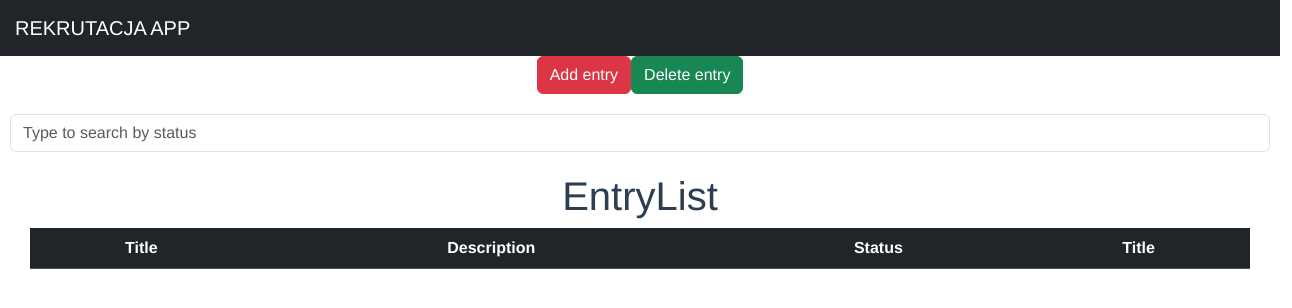
Repository: Madaless/vue_elastic
Page: / (app in vuejsapp/crudapp/)
The author's editor kept a copy of each file at every save. The page is drawn from the files as they stood at one save, then again after the next save.
The browser window is 1280 px wide. The page is 1280 px wide, then 1292 px, so the pictures cover 1292 px, including what lies to the right of the window. The pictures show the whole page.
The page's requests for data from a server got no answer. The project was rebuilt for these pictures with package versions that can differ from the ones it lists, and the page was loaded fresh each time. No one was signed in, and anything a server would have sent is missing.

Above is the page before, as saved 2021-09-12 13:39:52.

### vuejsapp/crudapp/src/main.js
import Vue from 'vue'
import App from './App.vue'
import store from  './store/index'
import { BootstrapVue, IconsPlugin } from 'bootstrap-vue'

// Import Bootstrap an BootstrapVue CSS files (order is important)
import 'bootstrap/dist/css/bootstrap.css'
import 'bootstrap-vue/dist/bootstrap-vue.css'

// Make BootstrapVue available throughout your project
Vue.use(BootstrapVue)
// Optionally install the BootstrapVue icon components plugin
Vue.use(IconsPlugin)

Vue.config.productionTip = false

new Vue({
  store,
  render: h => h(App),
}).$mount('#app')

### vuejsapp/crudapp/src/App.vue
<template>
  <div id="app">
    <b-navbar class="navbar navbar-expand navbar-dark bg-dark">
      <b-navbar-brand id ="header" href="#">REKRUTACJA APP</b-navbar-brand>
    </b-navbar>
    <AddEntry />
    <FilterEntry />
    <EntryList />
  </div>
</template>

<script>
import AddEntry from "./components/AddEntry.vue";
import FilterEntry from "./components/FilterEntry.vue";
import EntryList from "./components/EntryList.vue";

export default {
  name: "App",
  components: {
    AddEntry,
    FilterEntry,
    EntryList,
  },
};
</script>

<style>
#app {
  font-family: Avenir, Helvetica, Arial, sans-serif;
  -webkit-font-smoothing: antialiased;
  -moz-osx-font-smoothing: grayscale;
  text-align: center;
  color: #2c3e50;
}
#header {
  padding-left: 15px;
}
</style>

### vuejsapp/crudapp/src/store/index.js
import Vuex from 'vuex';
import Vue from 'vue';
import entryList from './modules/entryList';

Vue.use(Vuex);

export default new Vuex.Store({
    modules: {
        entryList
    }
})

### vuejsapp/crudapp/src/components/AddEntry.vue
<template>
  <div>
    <b-button variant="danger">Add entry</b-button>
    <b-button variant="success">Delete entry</b-button>
  </div>
</template>

<script>
export default {
  setup() {},
};
</script>

<style scoped>
</style>

### vuejsapp/crudapp/src/components/FilterEntry.vue
<template>
  <div id= "filterEntry">
    <b-form-input
      id="filter-input"
      v-model="filter"
      type="search"
      placeholder="Type to search by status"
    ></b-form-input>
  </div>
</template>

<script>
export default {
  setup() {},
};
</script>

<style scoped>
#filterEntry {
    padding-top: 20px;
    padding-bottom: 20px;
    padding-left: 10px;
    padding-right: 10px;

}
</style>

### vuejsapp/crudapp/src/components/EntryList.vue
<template>
  <div id="entryList">
    <h1>EntryList</h1>

    <div class="todos">
      <table class="table table-striped table-dark">
        <thead>
          <tr>
            <th>Title</th>
            <th>Description</th>
            <th>Status</th>
            <th>Title</th>
          </tr>
        </thead>
        <tbody>
          <tr v-for="entry in entryList" v-bind:key="entry.key">

              <td>{{ entry.title }}</td>
            </tr>

        </tbody>
      </table>
    </div>
  </div>
</template>

<script>
import { mapGetters, mapActions } from "vuex";

export default {
  name: "EntryList",
  methods: {
    ...mapActions(["fetchEntryList"]),
  },
  computed: mapGetters(["entryList"]),
  created() {
    this.fetchEntryList();
  },
};
</script>

<style scoped>
#entryList {
  padding-left: 30px;
  padding-right: 30px;
}
</style>

### vuejsapp/crudapp/src/store/modules/entryList.js
import axios from 'axios';

const state = {
  entryList: []
};
// get the state
const getters = {
  entryList: (state) => {
    return state.entryList
  }
};

const actions = {
    // fetch from api
  async fetchEntryList({ commit }) {
    const response = await axios.get('https://jsonplaceholder.typicode.com/todos');

    commit('setEntryList', response.data);
  }
}

const mutations = {
    setEntryList: (state, entryList) => (state.entryList = entryList)
};

export default {
    state,
    getters,
    actions,
    mutations
};

Loaded but not shown: vuejsapp/crudapp/public/index.html (common file)

After the next save:
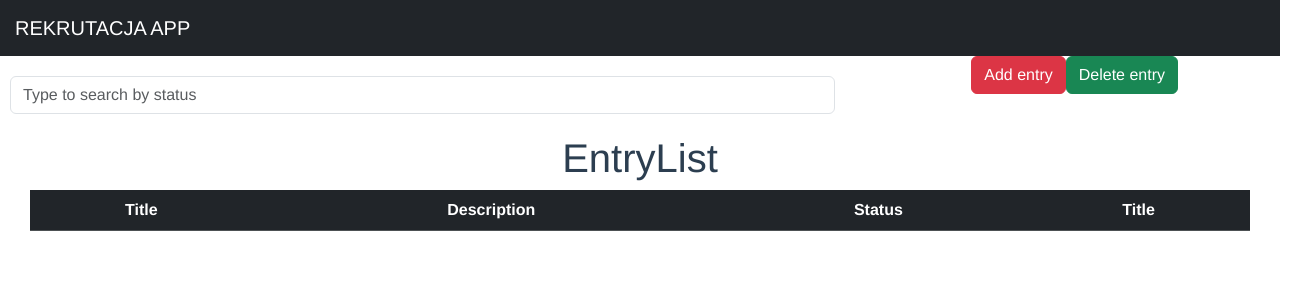
Saved 3 min 44 s later.
--- a/vuejsapp/crudapp/src/App.vue
+++ b/vuejsapp/crudapp/src/App.vue
@@ -1,10 +1,14 @@
 <template>
   <div id="app">
     <b-navbar class="navbar navbar-expand navbar-dark bg-dark">
-      <b-navbar-brand id ="header" href="#">REKRUTACJA APP</b-navbar-brand>
+      <b-navbar-brand id="header" href="#">REKRUTACJA APP</b-navbar-brand>
     </b-navbar>
-    <AddEntry />
-    <FilterEntry />
+
+    <b-row>
+      <b-col sm="8"><FilterEntry /></b-col>
+      <b-col sm="4"><AddEntry /></b-col>
+    </b-row>
+
     <EntryList />
   </div>
 </template>
